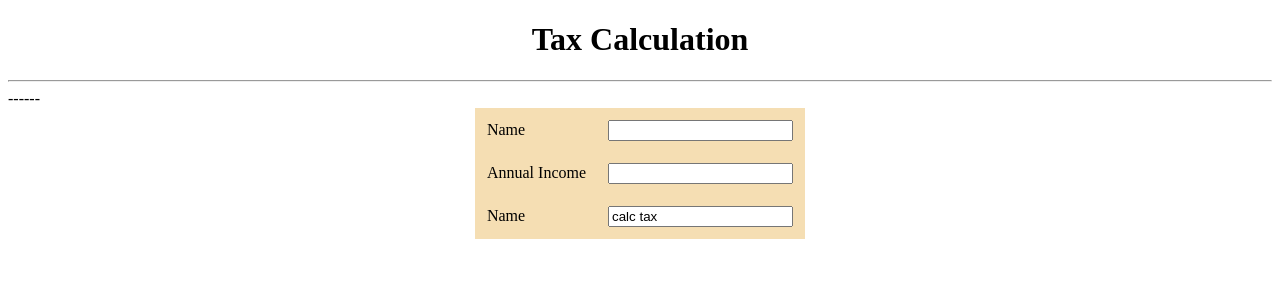
Repository: abhishekj720/HSBCLearn
Page: http://localhost/MyApp/Taxfrm.jsp
An editor plug-in stored every save of this project. The page is shown before and after the next save, followed by the edit.
The browser window is 1280 px wide. The pictures show the whole page.
The page is served by Tomcat 9. Other server files are loaded and not shown.

Above is the page before, as saved 2019-07-31 12:32:09.

### gagan/JEE/MyApp/WebContent/Taxfrm.jsp
<%@ page language="java" contentType="text/html; charset=ISO-8859-1"
    pageEncoding="ISO-8859-1"%>
<!DOCTYPE html PUBLIC "-//W3C//DTD HTML 4.01 Transitional//EN" "http://www.w3.org/TR/html4/loose.dtd">
<html>
<head>
<meta http-equiv="Content-Type" content="text/html; charset=ISO-8859-1">
<title>Insert title here</title>
</head>
<body>

<h1 align ="center">Tax Calculation</h1>
<hr/>

<form action = "tax"> <!-- because url is tax -->
	<table cellpadding= "10" bgcolor = "wheat" style="margin:0px auto;">
		<tr>
			<td>Name</td>
			<td><input type ="text" name = "txtname"/></td>
		</tr>

		<tr>
			<td>Annual Income</td>
			<td><input type ="number" name = "txtincome"/></td>
		</tr>

		<tr>
			<td>Name</td>
			<td colspan="2 align="center" ><input type ="submmit" value = "calc tax"/></td>------
		</tr>

	</table>




</form>

</body>
</html>

After the next save:
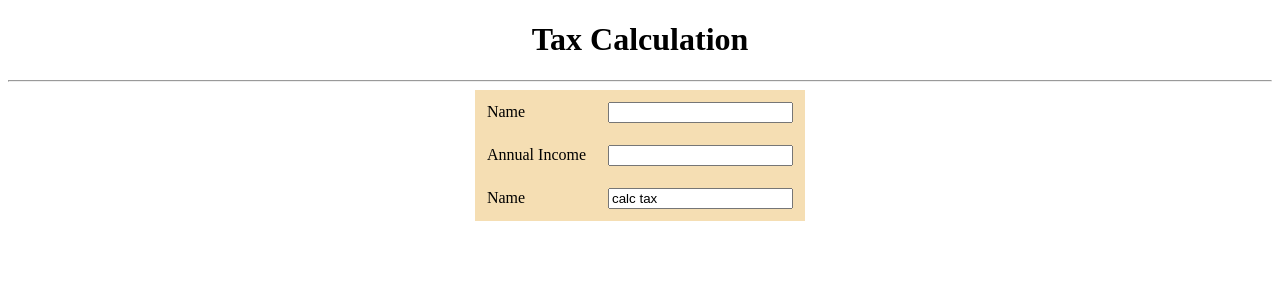
Saved 3 min 26 s later.
--- a/gagan/JEE/MyApp/WebContent/Taxfrm.jsp
+++ b/gagan/JEE/MyApp/WebContent/Taxfrm.jsp
@@ -25,7 +25,7 @@
 
 		<tr>
 			<td>Name</td>
-			<td colspan="2 align="center" ><input type ="submmit" value = "calc tax"/></td>------
+			<td colspan="2 align="center" ><input type ="submmit" value = "calc tax"/></td>
 		</tr>
 
 	</table>
